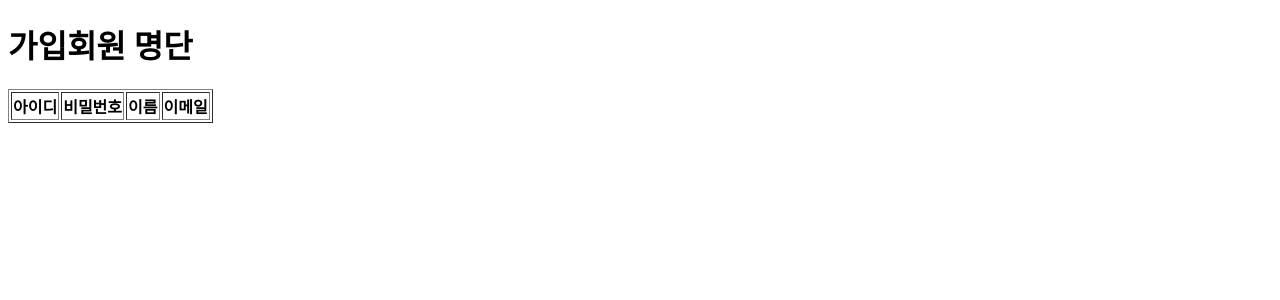
Repository: captainwk/webstudy
Page: http://localhost/a20_8_20/jdbc_select.jsp
These files come from the project's save history. The page is drawn as it stood at one moment and after the next save; the edit follows.
The browser window is 1280 px wide. The pictures show the whole page.
The page is served by Tomcat 9. Queries for data that is not in the repository find no rows.

Above is the page before, as saved 2020-08-20 03:13:43.

After the next save:
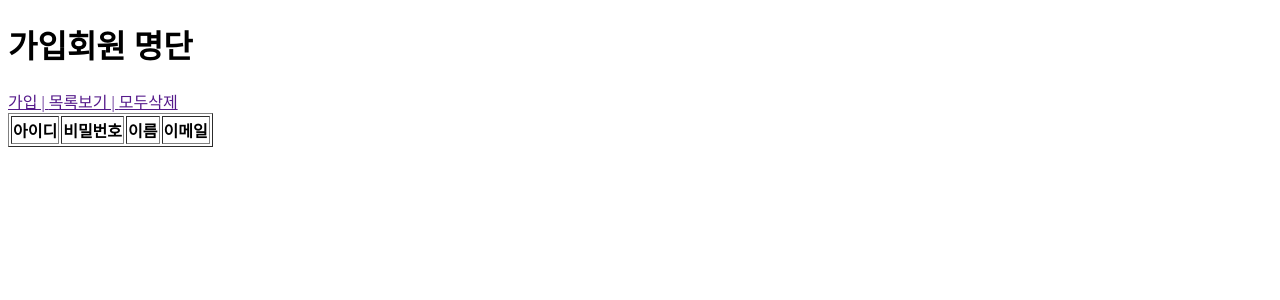
Saved 2 min 42 s later.
--- a/a20_8_20/WebContent/jdbc_select.jsp
+++ b/a20_8_20/WebContent/jdbc_select.jsp
@@ -10,6 +10,7 @@
 </head>
 <body>
 <h1>가입회원 명단</h1>
+<a href="">가입 | </a><a href="">목록보기 | </a><a href="">모두삭제</a><br/>
 <table border="1">
 	<tr>
 		<th>아이디</th><th>비밀번호</th><th>이름</th><th>이메일</th>
